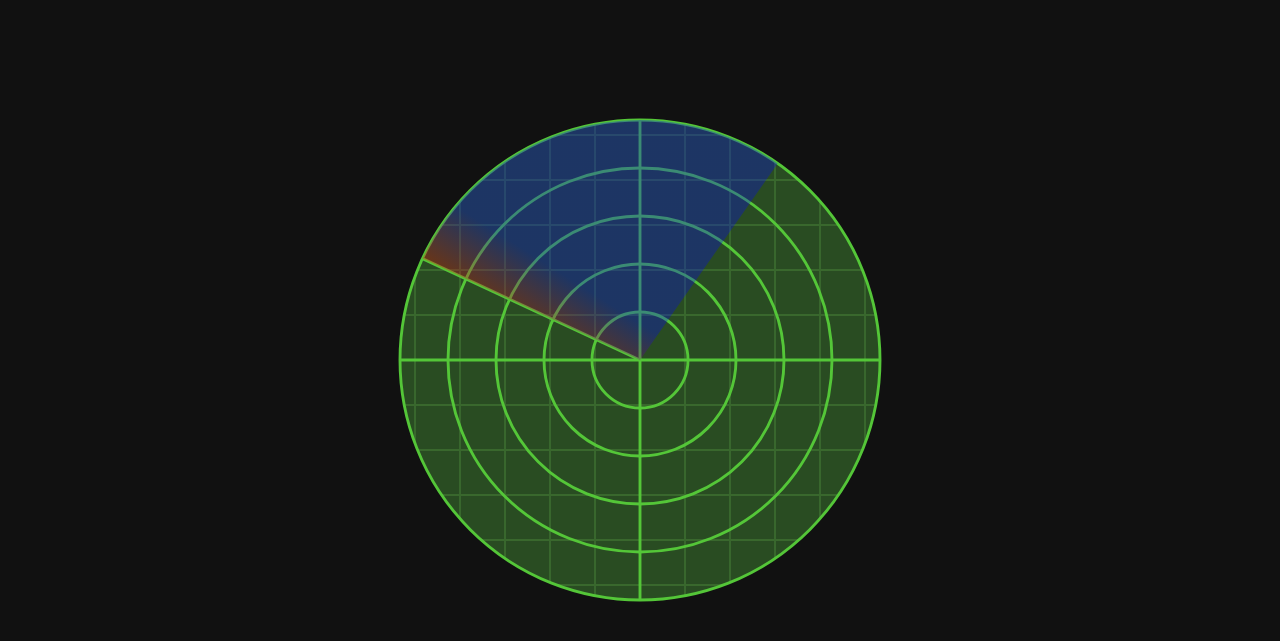
Repository: pedro-mancano/ProjetoCDM204
Page: scripts/radar.html
The author's editor kept a copy of each file at every save. The page is drawn from the files as they stood at one save, then again after the next save.
The browser window is 1280 px wide. The pictures show the whole page.

Above is the page before, as saved 2024-11-27 09:17:13.

After the next save:
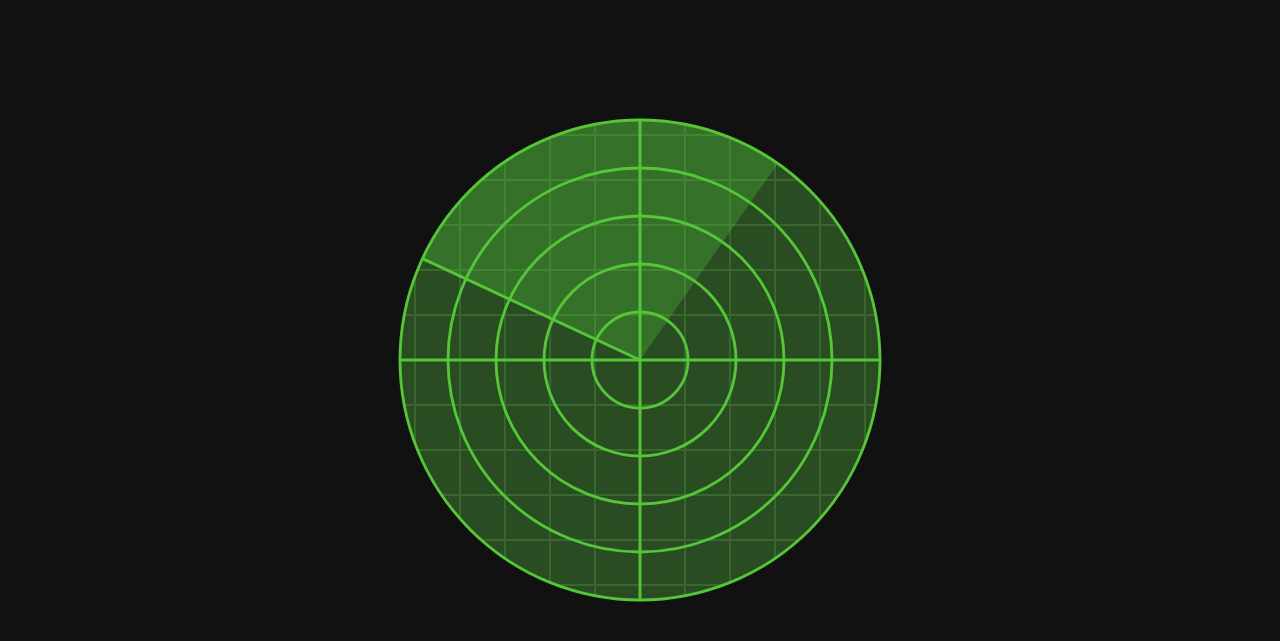
Saved 11 s later.
--- a/scripts/radar.js
+++ b/scripts/radar.js
@@ -86,8 +86,8 @@ function draw(elapsed) {
 
   // Create a linear gradient
   const gradient = ctx.createLinearGradient(startX, startY, endX, endY);
-  gradient.addColorStop(0, 'red'); // Start with red
-  gradient.addColorStop(1, 'blue'); // End with blue
+  gradient.addColorStop(0, '#54c638'); // Start with red
+  gradient.addColorStop(1, '#54c638'); // End with blue
 
   ctx.fillStyle = gradient;
   ctx.lineWidth = 2 * scaleFactor;
